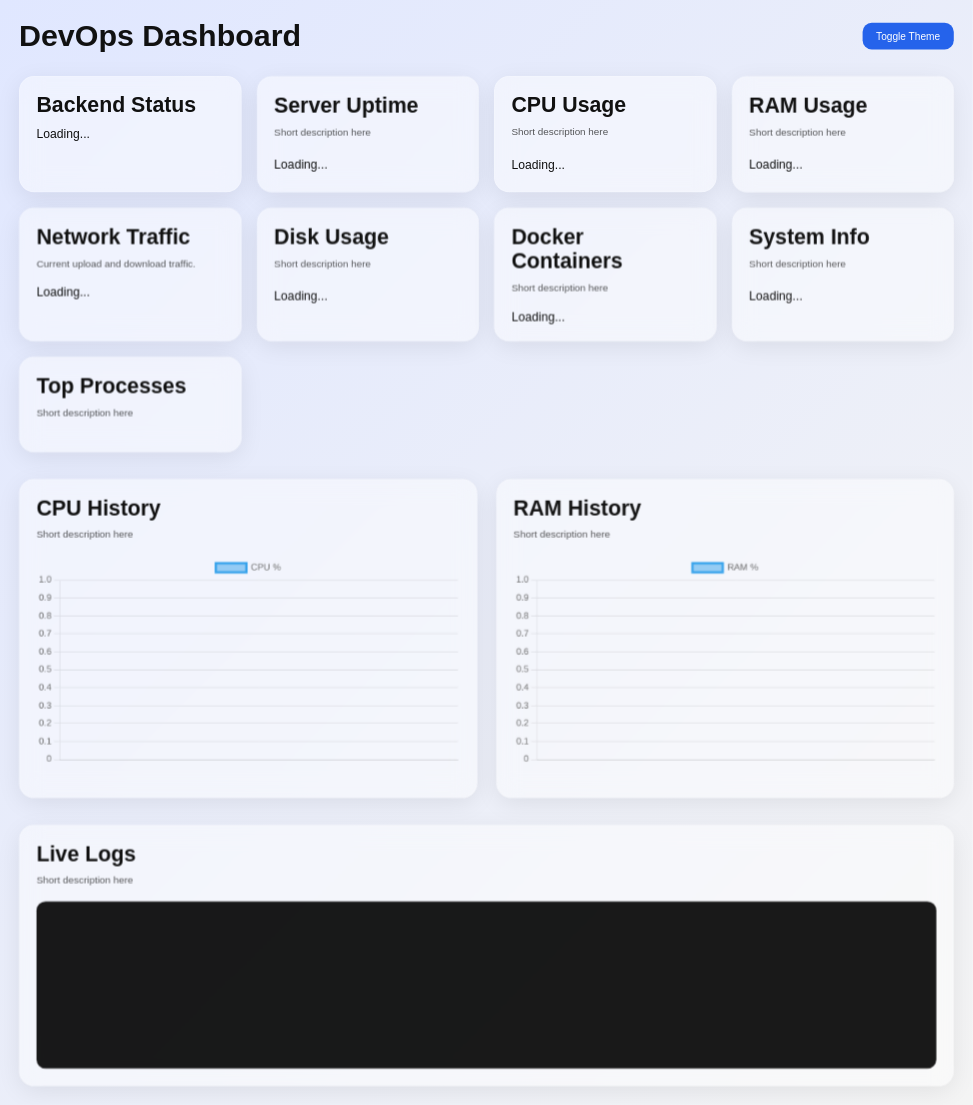
Repository: manoj-991/devops-dashboard
Page: frontend/index.html
These files come from the project's save history. The page is drawn as it stood at one moment and after a run of saves; the edit follows.
The browser window is 1280 px wide. The pictures show the whole page, at 76% of full size.
The page's requests for data from a server got no answer.

Above is the page before, as saved 2026-05-23 22:32:50.

### frontend/index.html
<!DOCTYPE html>
<html>

<head>

    <title>DevOps Dashboard</title>

    <link rel="stylesheet" href="/frontend/style.css">

    <script src="https://cdn.jsdelivr.net/npm/chart.js"></script>

</head>

<body>

    <div class="topbar">

        <h1>DevOps Dashboard</h1>

        <button onclick="toggleTheme()">
            Toggle Theme
        </button>

    </div>

    <div class="dashboard">

        <div class="card">
            <h2>Backend Status</h2>
            <p id="backend-status">Loading...</p>
        </div>

        <div class="card">
            <h2>Server Uptime</h2>
            <p class="description">
                Short description here
            </p>
            <p id="uptime-result">Loading...</p>
        </div>

        <div class="card">
            <h2>CPU Usage</h2>
            <p class="description">
                Short description here
            </p>
            <p id="cpu-result">Loading...</p>
        </div>

        <div class="card">
            <h2>RAM Usage</h2>
            <p class="description">
                Short description here
            </p>
            <p id="ram-result">Loading...</p>
        </div>
        <div class="card">

            <h2>Network Traffic</h2>

            <p class="description">
                Current upload and download traffic.
            </p>

            <div id="network-result">

                Loading...

            </div>

        </div>
        <div class="card">
            <h2>Disk Usage</h2>
            <p class="description">
                Short description here
            </p>
            <p id="disk-result">Loading...</p>
        </div>

        <div class="card">
            <h2>Docker Containers</h2>
            <p class="description">
                Short description here
            </p>
            <div id="docker-result">
                Loading...
            </div>
        </div>

        <div class="card">
            <h2>System Info</h2>
            <p class="description">
                Short description here
            </p>
            <p id="system-result">Loading...</p>
        </div>

        <div class="card process-card">
            <h2>Top Processes</h2>
            <p class="description">
                Short description here
            </p>
            <div id="process-result"></div>
        </div>

    </div>

    <div class="charts">

        <div class="chart-card">
            <h2>CPU History</h2>
            <p class="description">
                Short description here
            </p>
            <canvas id="cpuChart"></canvas>
        </div>

        <div class="chart-card">
            <h2>RAM History</h2>
            <p class="description">
                Short description here
            </p>
            <canvas id="ramChart"></canvas>
        </div>

    </div>

    <div class="logs-card">

        <h2>Live Logs</h2>
        <p class="description">
            Short description here
        </p>

        <div id="logs"></div>

    </div>

    <div id="alert-box"></div>

    <script src="/frontend/app.js"></script>

</body>

</html>

### frontend/style.css
* {

    margin: 0;
    padding: 0;
    box-sizing: border-box;
}

body {

    font-family: Arial, sans-serif;

    background:
        linear-gradient(135deg,
            #e0e7ff,
            #f4f4f4);

    color: #111;

    padding: 25px;

    transition:
        background 0.4s ease,
        color 0.4s ease;
}

body.dark {

    background:
        linear-gradient(135deg,
            #0f172a,
            #111827);

    color: white;
}

.topbar {

    display: flex;

    justify-content: space-between;

    align-items: center;

    margin-bottom: 30px;
}

.topbar h1 {

    font-size: 40px;

    font-weight: bold;
}

button {

    padding: 10px 18px;

    border: none;

    border-radius: 12px;

    cursor: pointer;

    background: #2563eb;

    color: white;

    transition:
        transform 0.2s ease,
        opacity 0.2s ease;
}

button:hover {

    transform: scale(1.05);

    opacity: 0.9;
}

.dashboard {

    display: grid;

    grid-template-columns:
        repeat(auto-fit, minmax(250px, 1fr));

    gap: 20px;
}

.card,
.chart-card,
.logs-card {

    position: relative;

    padding: 22px;

    border-radius: 20px;

    background:
        rgba(255, 255, 255, 0.45);

    backdrop-filter: blur(15px);

    border:
        1px solid rgba(255, 255, 255, 0.2);

    box-shadow:
        0 8px 32px rgba(0, 0, 0, 0.08);

    transition:
        transform 0.25s ease,
        box-shadow 0.25s ease;
}

body.dark .card,
body.dark .chart-card,
body.dark .logs-card {

    background:
        rgba(30, 41, 59, 0.45);

    border:
        1px solid rgba(255, 255, 255, 0.08);
}

.card:hover,
.chart-card:hover,
.logs-card:hover {

    transform: translateY(-5px);

    box-shadow:
        0 14px 30px rgba(0, 0, 0, 0.12);
}

.card h2,
.chart-card h2,
.logs-card h2 {

    margin-bottom: 8px;

    font-size: 28px;
}

.description {

    font-size: 13px;

    opacity: 0.7;

    margin-bottom: 18px;

    line-height: 1.5;
}

.metric {

    font-size: 32px;

    font-weight: bold;
}

.dashboard p {

    line-height: 1.7;
}

.charts {

    margin-top: 35px;

    display: grid;

    grid-template-columns:
        repeat(auto-fit, minmax(450px, 1fr));

    gap: 25px;
}

.chart-card {

    min-height: 420px;
}

.logs-card {

    margin-top: 35px;
}

#logs {

    background: rgba(0, 0, 0, 0.9);

    color: #00ff90;

    border-radius: 12px;

    padding: 18px;

    font-family: monospace;

    height: 220px;

    overflow-y: auto;

    line-height: 1.6;
}

.process-card {

    max-height: 300px;

    overflow-y: auto;
}

.process-card::-webkit-scrollbar {

    width: 8px;
}

.process-card::-webkit-scrollbar-thumb {

    background: rgba(100, 100, 100, 0.4);

    border-radius: 10px;
}

#alert-box {

    position: fixed;

    top: 25px;
    right: 25px;

    background: #ef4444;

    color: white;

    padding: 16px 24px;

    border-radius: 14px;

    font-weight: bold;

    display: none;

    box-shadow:
        0 8px 25px rgba(0, 0, 0, 0.2);

    animation:
        fadeIn 0.3s ease;
}

@keyframes fadeIn {

    from {

        opacity: 0;
        transform: translateY(-10px);
    }

    to {

        opacity: 1;
        transform: translateY(0);
    }
}

canvas {

    margin-top: 15px !important;
}

### frontend/app.js
const cpuChart = new Chart(
    document.getElementById("cpuChart"),
    {
        type: "line",

        data: {
            labels: [],
            datasets: [{
                label: "CPU %",
                data: [],
                tension: 0.4,
                fill: true,
            }]
        }
    }
);

const ramChart = new Chart(
    document.getElementById("ramChart"),
    {
        type: "line",

        data: {
            labels: [],
            datasets: [{
                label: "RAM %",
                data: [],
                tension: 0.4,
                fill: true,
            }]
        }
    }
);

async function fetchData(url) {

    const response = await fetch(url);

    return await response.json();
}

function toggleTheme() {

    document.body.classList.toggle("dark");
}

function showAlert(message) {

    const alertBox =
        document.getElementById("alert-box");

    alertBox.innerText = message;

    alertBox.style.display = "block";

    setTimeout(() => {

        alertBox.style.display = "none";

    }, 3000);
}

async function loadCharts() {

    try {

        const cpuHistory =
            await fetchData("/api/cpu-history");

        cpuChart.data.labels =
            cpuHistory.map(x => x.time);

        cpuChart.data.datasets[0].data =
            cpuHistory.map(x => x.value);

        cpuChart.update();

    } catch (err) {

        console.log(err);
    }

    try {

        const ramHistory =
            await fetchData("/api/ram-history");

        ramChart.data.labels =
            ramHistory.map(x => x.time);

        ramChart.data.datasets[0].data =
            ramHistory.map(x => x.value);

        ramChart.update();

    } catch (err) {

        console.log(err);
    }
}

async function loadDashboard() {
    try {

        const network =
            await fetchData("/api/network");

        const sent =
            (network.bytes_sent / 1024 / 1024)
                .toFixed(2);

        const received =
            (network.bytes_received / 1024 / 1024)
                .toFixed(2);

        document.getElementById(
            "network-result"
        ).innerHTML =
            `
Upload:
${sent} MB<br>

Download:
${received} MB
`;

    } catch (err) {

        console.log(err);
    }

    try {

        const health =
            await fetchData("/api/health");

        document.getElementById(
            "backend-status"
        ).innerText = health.status;

    } catch (err) {

        console.log(err);
    }

    try {

        const uptime =
            await fetchData("/api/uptime");

        document.getElementById(
            "uptime-result"
        ).innerText = uptime.uptime;

    } catch (err) {

        console.log(err);
    }

    try {

        const cpu =
            await fetchData("/api/cpu");

        document.getElementById(
            "cpu-result"
        ).innerText = cpu.cpu;

        const cpuValue =
            parseFloat(cpu.cpu);

        if (cpuValue > 80) {

            showAlert("HIGH CPU");
        }

    } catch (err) {

        console.log(err);
    }

    try {

        const ram =
            await fetchData("/api/ram");

        document.getElementById(
            "ram-result"
        ).innerText = ram.ram;

        const ramValue =
            parseFloat(ram.ram);

        if (ramValue > 80) {

            showAlert("HIGH RAM");
        }

    } catch (err) {

        console.log(err);
    }

    try {

        const disk =
            await fetchData("/api/disk");

        document.getElementById(
            "disk-result"
        ).innerText = disk.disk;

    } catch (err) {

        console.log(err);
    }

    try {

        const system =
            await fetchData("/api/system");

        document.getElementById(
            "system-result"
        ).innerHTML =
            `
${system.hostname}<br>
${system.platform}
`;

    } catch (err) {

        console.log(err);
    }

    try {

        const processes =
            await fetchData("/api/processes");

        let html = "";

        processes.forEach(proc => {

            html += `
<p>
${proc.name}<br>
CPU: ${proc.cpu.toFixed(2)}%
</p>
`;
        });

        document.getElementById(
            "process-result"
        ).innerHTML = html;

    } catch (err) {

        console.log(err);
    }

    try {

        const containers =
            await fetchData("/api/docker");

        let html = "";

        containers.forEach(container => {

            html += `
<div style="margin-bottom:15px">

<strong>${container.name}</strong><br>

Image:
${container.image}<br>

State:
${container.state}<br>

Status:
${container.status}

</div>
`;
        });

        document.getElementById(
            "docker-result"
        ).innerHTML = html;

    } catch (err) {

        console.log(err);
    }

    try {

        const logs =
            await fetchData("/api/logs");

        document.getElementById(
            "logs"
        ).innerText = logs.logs;

    } catch (err) {

        console.log(err);
    }

    await loadCharts();
}

loadDashboard();

setInterval(loadDashboard, 3000);

After the next 2 saves:
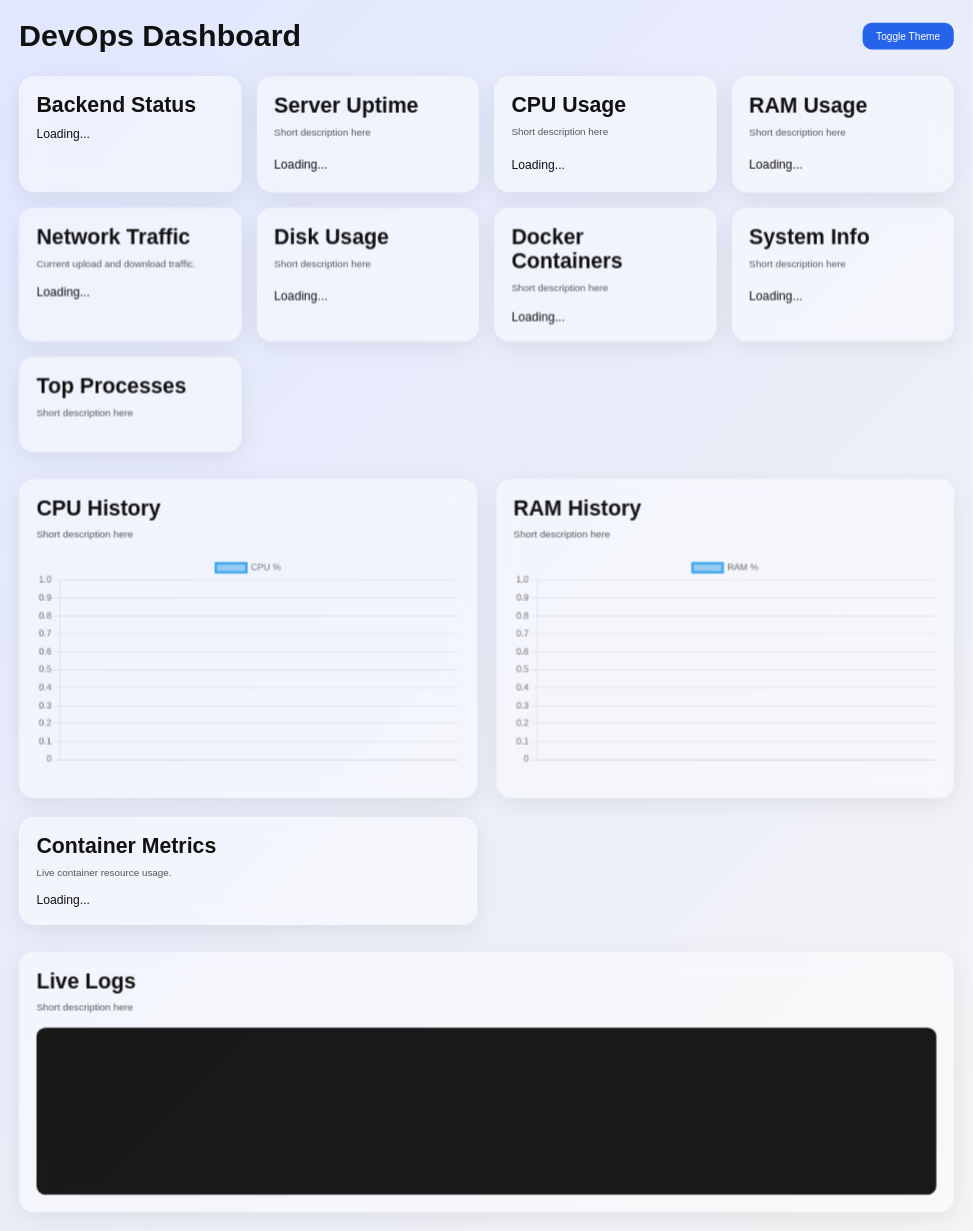
The 2 saves are shown as one change because they came seconds apart.
The last was saved 18 min 42 s later.
--- a/frontend/index.html
+++ b/frontend/index.html
@@ -121,7 +121,21 @@
             </p>
             <canvas id="ramChart"></canvas>
         </div>
+        <div class="card">
 
+            <h2>Container Metrics</h2>
+
+            <p class="description">
+                Live container resource usage.
+            </p>
+
+            <div id="container-stats">
+
+                Loading...
+
+            </div>
+
+        </div>
     </div>
 
     <div class="logs-card">
